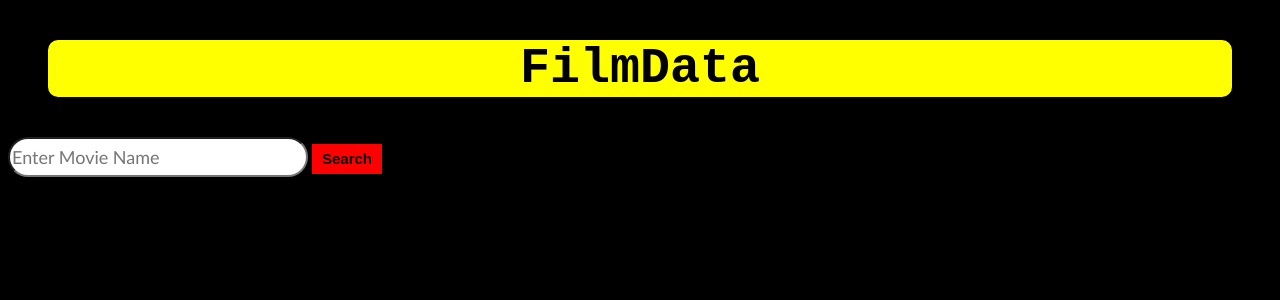
Repository: priyankajainmodi/film_data
Page: index.html
These files come from the project's save history. The page is drawn as it stood at one moment and after the next save; the edit follows.
The browser window is 1280 px wide. The pictures show the whole page.

Above is the page before, as saved 2021-11-25 22:24:00.

After the next save:
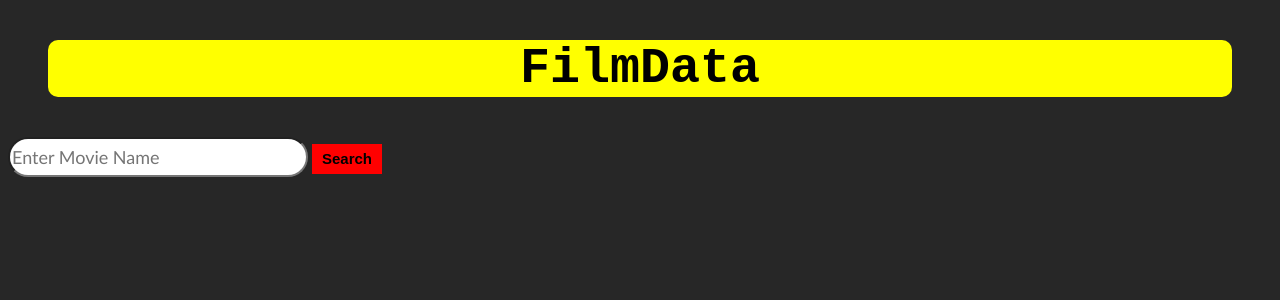
Saved 31 s later.
--- a/index.html
+++ b/index.html
@@ -46,7 +46,7 @@
 
 </head>
 
-<body bgcolor="#000">
+<body bgcolor="#272727">
     <h1 id="heading" style="color:#000;margin-bottom:50;border-radius:10px; text-align:center;font-family:monospace;background-color:yellow;font-size:50px;margin:40px;">FilmData</h1>
 
     <div id="enter">
